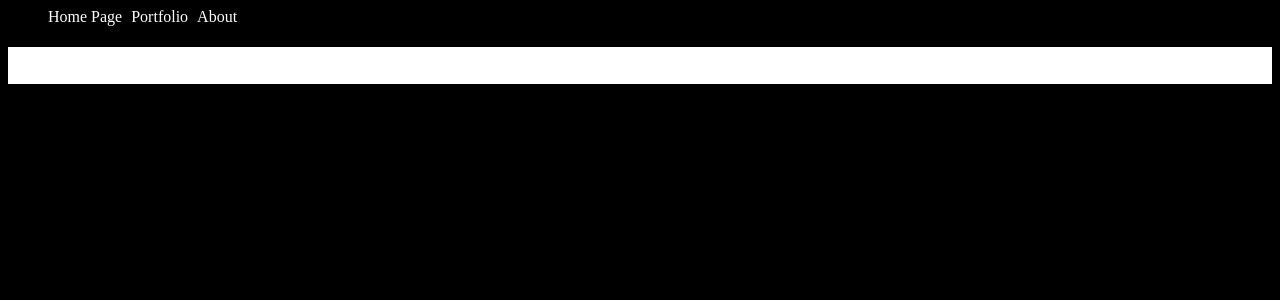
Repository: NinjaPopa/NinjaPopa.github.io
Page: portfolio.html
The author's editor kept a record of every edit. The page is drawn from the files as they stood at one moment, then again after the next edit.
The browser window is 1280 px wide. The pictures show the whole page.

Above is the page before.

### portfolio.html
<html>
<head>
    <title>CVHS Coding Operation</title>
    <link rel="stylesheet"href="./styles/style.css">
    <style>
         li {display: inline; padding-right: 5px;}
         a {color:white; text-decoration: none;}
         body {background-color:black;}
         h1 {background-color:white;}
    </style>
</head>
    <body>
        <ul>
       <li> <a href="index.html">Home Page</a></li>
       <li><a href="portfolio.html">Portfolio</a></li>
       <li><a href="about.html">About</a></li>
        </ul>
        <h1>Portfolio</h1>
    </body>
</html>

### styles/style.css
body {
    background-color:black;

}
p {
    color:white;

}
 h1{
     color:white;
     background-color:gold;

 }
            li{color:white;}
            a{color:gold;}

After the next edit:
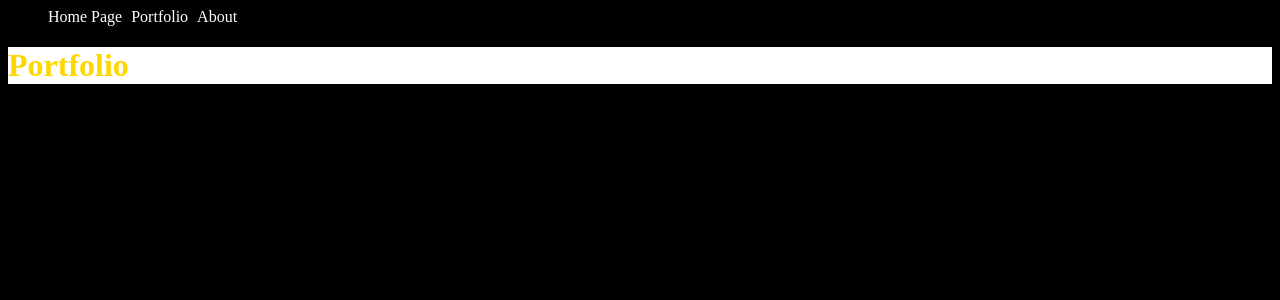
The edit:
--- a/portfolio.html
+++ b/portfolio.html
@@ -6,7 +6,9 @@
          li {display: inline; padding-right: 5px;}
          a {color:white; text-decoration: none;}
          body {background-color:black;}
-         h1 {background-color:white;}
+         h1 {background-color:white;
+             color:gold;
+         }
     </style>
 </head>
     <body>
